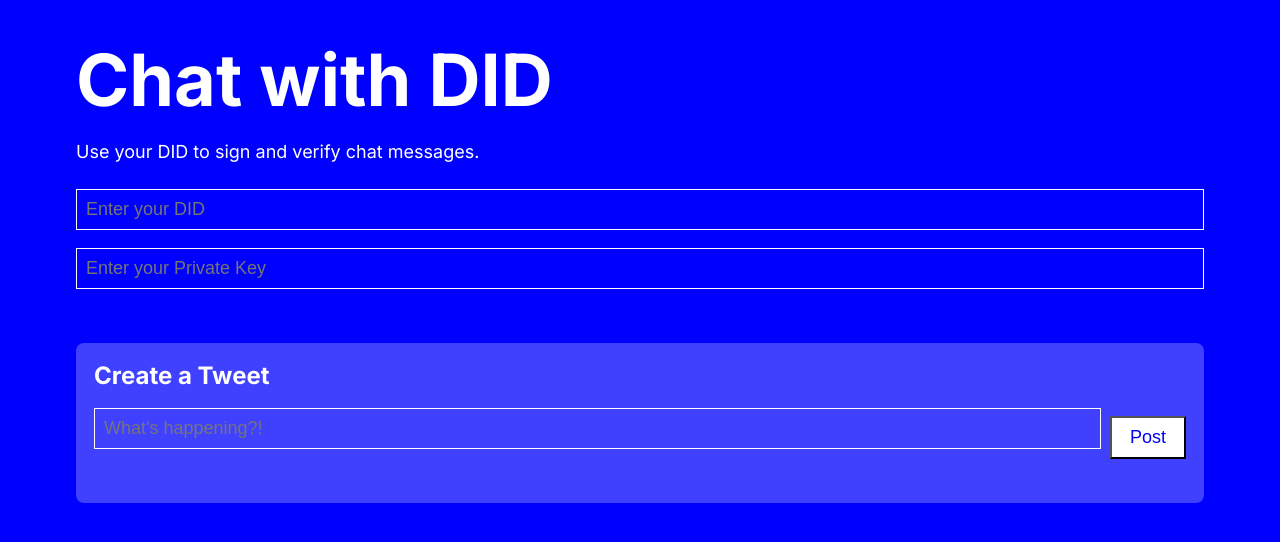
Repository: a7351220/ethr_did_demo
Page: /did/chat
The author's editor kept a copy of each file at every save. The page is drawn from the files as they stood at one save, then again after the next save.
The browser window is 1280 px wide. The pictures show the whole page.
The page's requests for data from a server got no answer. The project was rebuilt for these pictures with package versions that can differ from the ones it lists, and the page was loaded fresh each time. The framework's server and built-in components were replaced by stand-ins that run in the browser. No one was signed in, and anything a server would have sent is missing. Also part of the build but not shown: next.config.mjs.

Above is the page before, as saved 2024-07-09 17:22:37.

After the next save:
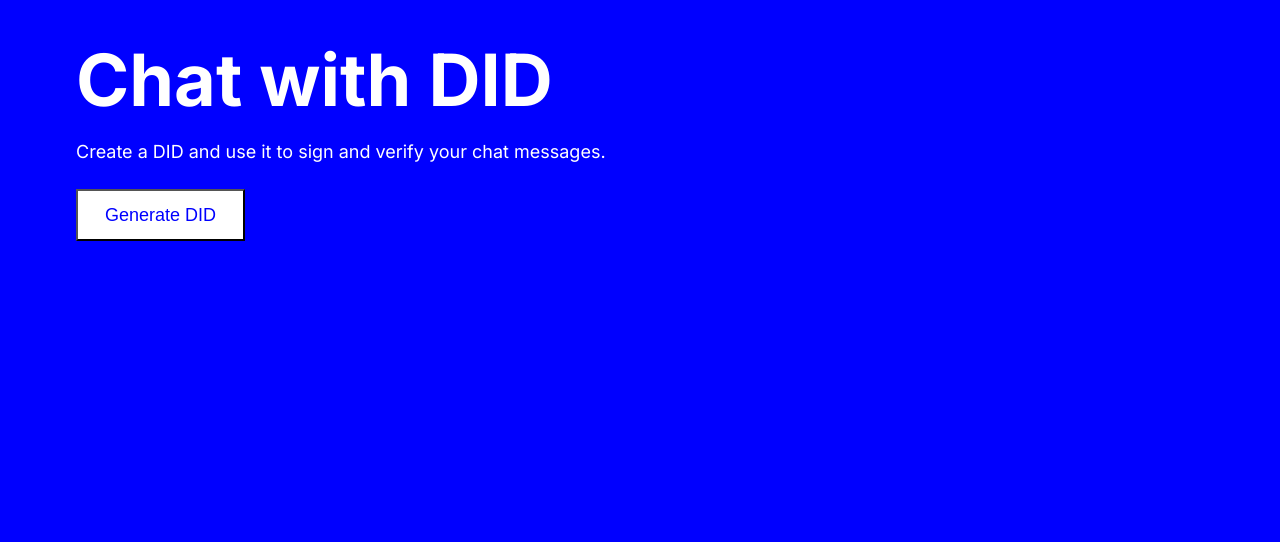
Saved 4 s later.
--- a/src/app/did/chat/page.tsx
+++ b/src/app/did/chat/page.tsx
@@ -1,14 +1,30 @@
 'use client';
 import { useState } from 'react';
-import { resolveDID } from '@/lib/didUtils';
+import { createDID, resolveDID } from '@/lib/didUtils';
 import { ethers } from 'ethers';
 
 export default function ChatDID() {
   const [did, setDid] = useState<string>('');
   const [privateKey, setPrivateKey] = useState<string>('');
+  const [isLoading, setIsLoading] = useState<boolean>(false);
+  const [error, setError] = useState<string | null>(null);
   const [message, setMessage] = useState<string>('');
-  const [chatHistory, setChatHistory] = useState<Array<{ message: string, signature: string, did: string }>>([]);
-  const [error, setError] = useState<string | null>(null);
+  const [chatHistory, setChatHistory] = useState<Array<{ message: string, signature: string }>>([]);
+
+  const handleCreateDID = async () => {
+    setIsLoading(true);
+    setError(null);
+    try {
+      const result = await createDID();
+      setDid(result.did);
+      setPrivateKey(result.privateKey);
+    } catch (err) {
+      setError('Failed to create DID. Please check your network connection and try again.');
+      console.error(err);
+    } finally {
+      setIsLoading(false);
+    }
+  };
 
   const handleSendMessage = async () => {
     if (!message.trim()) {
@@ -24,7 +40,7 @@
       const resolvedDid = await resolveDID(did);
 
       if (resolvedDid && resolvedDid.verificationMethod.some((vm: any) => vm.blockchainAccountId.endsWith(verifiedAddress))) {
-        setChatHistory([...chatHistory, { message, signature, did }]);
+        setChatHistory([...chatHistory, { message, signature }]);
         setMessage('');
       } else {
         setError('Failed to verify the message');
@@ -38,55 +54,53 @@
   return (
     <div className="container">
       <h1 className="title">Chat with DID</h1>
-      <p className="description">Use your DID to sign and verify chat messages.</p>
-      <div className="input-group">
-        <input
-          type="text"
-          value={did}
-          onChange={(e) => setDid(e.target.value)}
-          className="input"
-          placeholder="Enter your DID"
-        />
-        <input
-          type="text"
-          value={privateKey}
-          onChange={(e) => setPrivateKey(e.target.value)}
-          className="input"
-          placeholder="Enter your Private Key"
-        />
-      </div>
-      <div className="chat-box">
-        <h2>Create a Tweet</h2>
-        <div className="chat-input">
-          <input
-            type="text"
-            value={message}
-            onChange={(e) => setMessage(e.target.value)}
-            className="input"
-            placeholder="What's happening?!"
-          />
-          <button
-            className="cta-button primary"
-            onClick={handleSendMessage}
-          >
-            Post
-          </button>
-        </div>
-        {error && <p className="error">{error}</p>}
-        <div className="chat-history">
-          {chatHistory.map((chat, index) => (
-            <div key={index} className="chat-message">
-              <p><strong>Message:</strong> {chat.message}</p>
+      <p className="description">Create a DID and use it to sign and verify your chat messages.</p>
+      <button
+        className="cta-button primary"
+        onClick={handleCreateDID}
+        disabled={isLoading || did !== ''}
+      >
+        {isLoading ? 'Generating...' : 'Generate DID'}
+      </button>
+      {error && <p className="error">{error}</p>}
+      {did && (
+        <div className="result">
+          <h2>Your DID:</h2>
+          <p className="did-value">{did}</p>
+          <h2>Your Private Key (Keep this secret!):</h2>
+          <p className="private-key">{privateKey}</p>
+          <p className="warning">
+            Warning: Store this private key securely. It's required to control your DID.
+          </p>
+          <div className="chat-box">
+            <h2>Chat</h2>
+            <div className="chat-history">
+              {chatHistory.map((chat, index) => (
+                <div key={index} className="chat-message">
+                  <p><strong>Message:</strong> {chat.message}</p>
+                  <p><strong>Signature:</strong> {chat.signature}</p>
+                </div>
+              ))}
+            </div>
+            <div className="chat-input">
+              <input
+                type="text"
+                value={message}
+                onChange={(e) => setMessage(e.target.value)}
+                className="input"
+                placeholder="Enter your message"
+              />
               <button
-                onClick={() => alert(`DID: ${chat.did}\nSignature: ${chat.signature}`)}
-                className="cta-button secondary"
+                className="cta-button primary"
+                onClick={handleSendMessage}
+                disabled={!did}
               >
-                View Signature Details
+                Send Message
               </button>
             </div>
-          ))}
+          </div>
         </div>
-      </div>
+      )}
     </div>
   );
 }

After the save that followed:
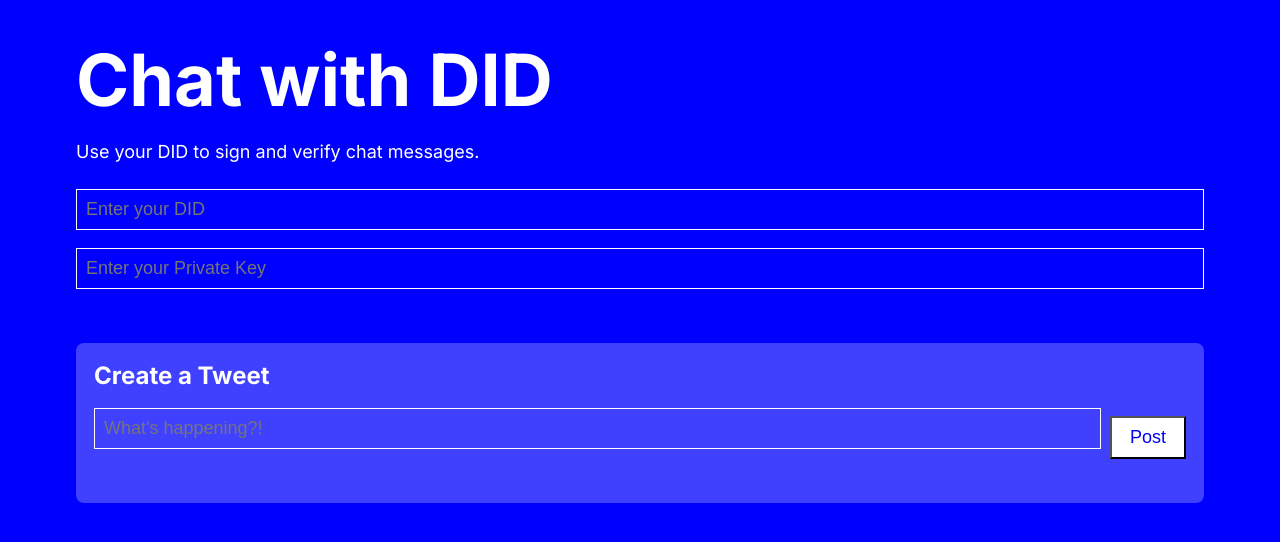
Saved 7 s later.
--- a/src/app/did/chat/page.tsx
+++ b/src/app/did/chat/page.tsx
@@ -1,30 +1,14 @@
 'use client';
 import { useState } from 'react';
-import { createDID, resolveDID } from '@/lib/didUtils';
+import { resolveDID } from '@/lib/didUtils';
 import { ethers } from 'ethers';
 
 export default function ChatDID() {
   const [did, setDid] = useState<string>('');
   const [privateKey, setPrivateKey] = useState<string>('');
-  const [isLoading, setIsLoading] = useState<boolean>(false);
+  const [message, setMessage] = useState<string>('');
+  const [chatHistory, setChatHistory] = useState<Array<{ message: string, signature: string, did: string }>>([]);
   const [error, setError] = useState<string | null>(null);
-  const [message, setMessage] = useState<string>('');
-  const [chatHistory, setChatHistory] = useState<Array<{ message: string, signature: string }>>([]);
-
-  const handleCreateDID = async () => {
-    setIsLoading(true);
-    setError(null);
-    try {
-      const result = await createDID();
-      setDid(result.did);
-      setPrivateKey(result.privateKey);
-    } catch (err) {
-      setError('Failed to create DID. Please check your network connection and try again.');
-      console.error(err);
-    } finally {
-      setIsLoading(false);
-    }
-  };
 
   const handleSendMessage = async () => {
     if (!message.trim()) {
@@ -40,7 +24,7 @@
       const resolvedDid = await resolveDID(did);
 
       if (resolvedDid && resolvedDid.verificationMethod.some((vm: any) => vm.blockchainAccountId.endsWith(verifiedAddress))) {
-        setChatHistory([...chatHistory, { message, signature }]);
+        setChatHistory([...chatHistory, { message, signature, did }]);
         setMessage('');
       } else {
         setError('Failed to verify the message');
@@ -54,53 +38,54 @@
   return (
     <div className="container">
       <h1 className="title">Chat with DID</h1>
-      <p className="description">Create a DID and use it to sign and verify your chat messages.</p>
-      <button
-        className="cta-button primary"
-        onClick={handleCreateDID}
-        disabled={isLoading || did !== ''}
-      >
-        {isLoading ? 'Generating...' : 'Generate DID'}
-      </button>
-      {error && <p className="error">{error}</p>}
-      {did && (
-        <div className="result">
-          <h2>Your DID:</h2>
-          <p className="did-value">{did}</p>
-          <h2>Your Private Key (Keep this secret!):</h2>
-          <p className="private-key">{privateKey}</p>
-          <p className="warning">
-            Warning: Store this private key securely. It's required to control your DID.
-          </p>
-          <div className="chat-box">
-            <h2>Chat</h2>
-            <div className="chat-history">
-              {chatHistory.map((chat, index) => (
-                <div key={index} className="chat-message">
-                  <p><strong>Message:</strong> {chat.message}</p>
-                  <p><strong>Signature:</strong> {chat.signature}</p>
-                </div>
-              ))}
-            </div>
-            <div className="chat-input">
-              <input
-                type="text"
-                value={message}
-                onChange={(e) => setMessage(e.target.value)}
-                className="input"
-                placeholder="Enter your message"
-              />
+      <p className="description">Use your DID to sign and verify chat messages.</p>
+      <div className="input-group">
+        <input
+          type="text"
+          value={did}
+          onChange={(e) => setDid(e.target.value)}
+          className="input"
+          placeholder="Enter your DID"
+        />
+        <input
+          type="text"
+          value={privateKey}
+          onChange={(e) => setPrivateKey(e.target.value)}
+          className="input"
+          placeholder="Enter your Private Key"
+        />
+      </div>
+      <div className="chat-box">
+        <h2>Create a Tweet</h2>
+        <div className="chat-input">
+          <input
+            type="text"
+            value={message}
+            onChange={(e) => setMessage(e.target.value)}
+            className="input"
+            placeholder="What's happening?!"
+          />
+          <button
+            className="cta-button primary"
+            onClick={handleSendMessage}
+          >
+            Post
+          </button>
+        </div>
+        {error && <p className="error">{error}</p>}
+        <div className="chat-history">
+          {chatHistory.map((chat, index) => (
+            <div key={index} className="chat-message">
+              <p><strong>Message:</strong> {chat.message}</p>
               <button
-                className="cta-button primary"
-                onClick={handleSendMessage}
-                disabled={!did}
+                onClick={() => alert(`DID: ${chat.did}\nSignature: ${chat.signature}`)}
               >
-                Send Message
+                View Signature Details
               </button>
             </div>
-          </div>
+          ))}
         </div>
-      )}
+      </div>
     </div>
   );
 }
